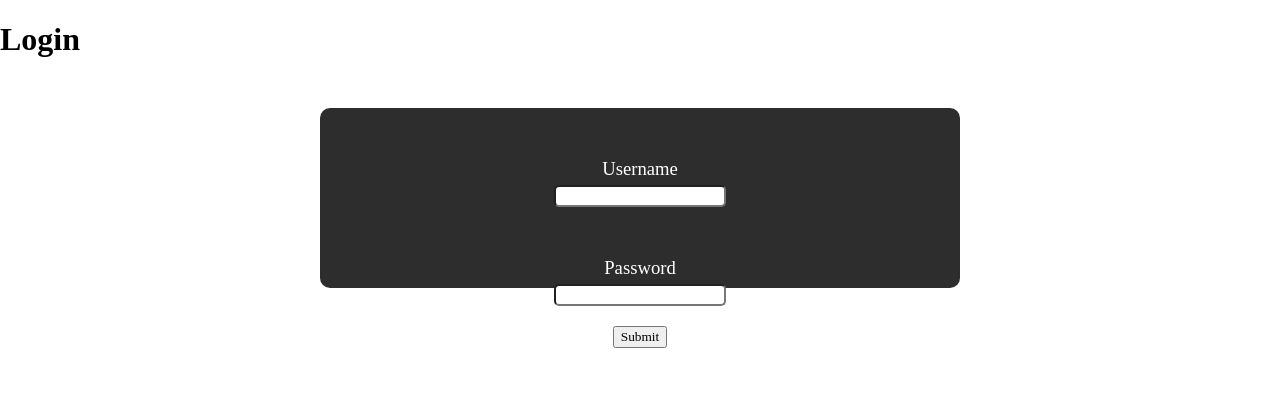
Repository: rdf004/playfab_blackjack
Page: /
An editor plug-in stored every save of this project. The page is shown before and after the next save, followed by the edit.
The browser window is 1280 px wide. The pictures show the whole page.
Some web fonts or font styles are not loaded; a fallback is used. The project was rebuilt for these pictures with package versions that can differ from the ones it lists, and the page was loaded fresh each time. Also part of the build but not shown: src/Components/App.js.

Above is the page before, as saved 2020-05-07 20:28:37.

After the next save:
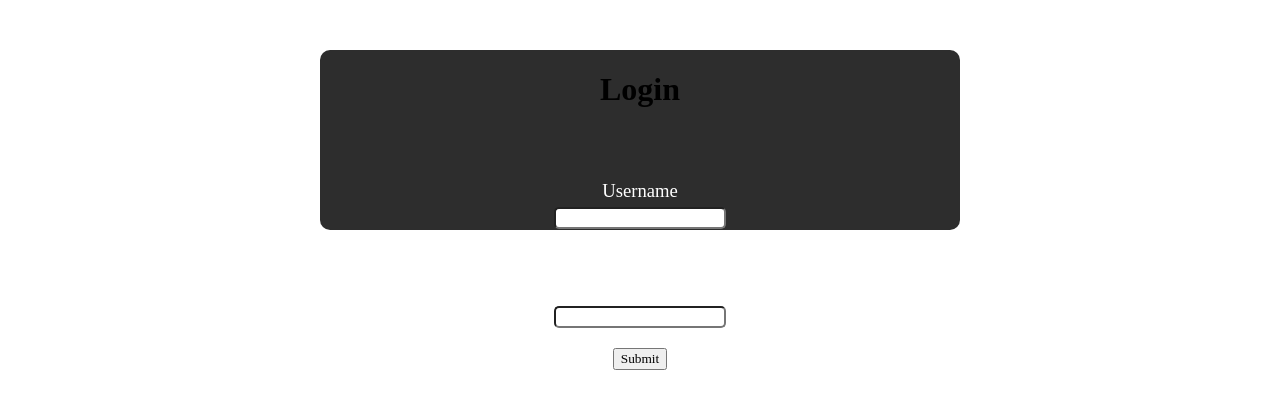
Saved 11 s later.
--- a/src/Components/Login.js
+++ b/src/Components/Login.js
@@ -6,10 +6,10 @@ class Login extends React.Component {
     render() {
         return(
             <div className="login-page">
-                <div>
-                    <h1>Login</h1>
-                </div>
                 <div className="login-div">
+                    <div>
+                        <h1>Login</h1>
+                    </div>
                     <form className="login-form">
                         <div className="form-div">
                             <label className="login-item">
